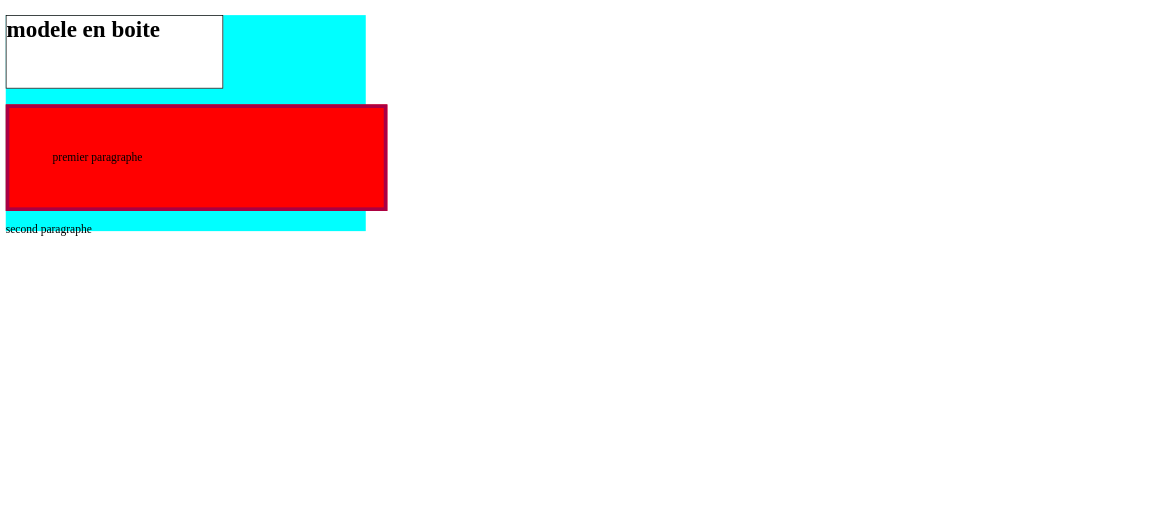
Repository: Poulpyto/fitec
Page: workspaceHtmlFlo/PremierTp_htmlCss/WebContent/erreur_model_en_boite.html
An editor plug-in stored every save of this project. The page is shown before and after the next save, followed by the edit.
The browser window is 1280 px wide. The page is 1280 px wide, then 1618 px, then 1280 px, so the pictures cover 1618 px, including what lies to the right of the window. The pictures show the whole page, at 72% of full size.

Above is the page before, as saved 2017-04-04 08:25:28.

### workspaceHtmlFlo/PremierTp_htmlCss/WebContent/erreur_model_en_boite.html
<!DOCTYPE html>
<html>
<head>
<meta charset="UTF-8">
<link rel="stylesheet" href="css/style6.css" />
<title>model en boite en erreur</title>
</head>
<body>
<div>
		<h1> modele en boite</h1>
		<p class="p1">premier paragraphe</p>
		<p class="p2">second paragraphe </p>
	</div>
</body>
</html>

### workspaceHtmlFlo/PremierTp_htmlCss/WebContent/css/style6.css
@CHARSET "UTF-8";


div{
	background-color: cyan;
	width:500px;
	height:300px;
	border: 1px solid dark;
}

h1{
	width:300px;
	height: 100px;
	background-color: white;
	border: 1px solid black;
}

.p1 {
	width:400px;
	background-color: red;
	padding: 60px;
	border: 5px solid #A04;
}

After the next save:
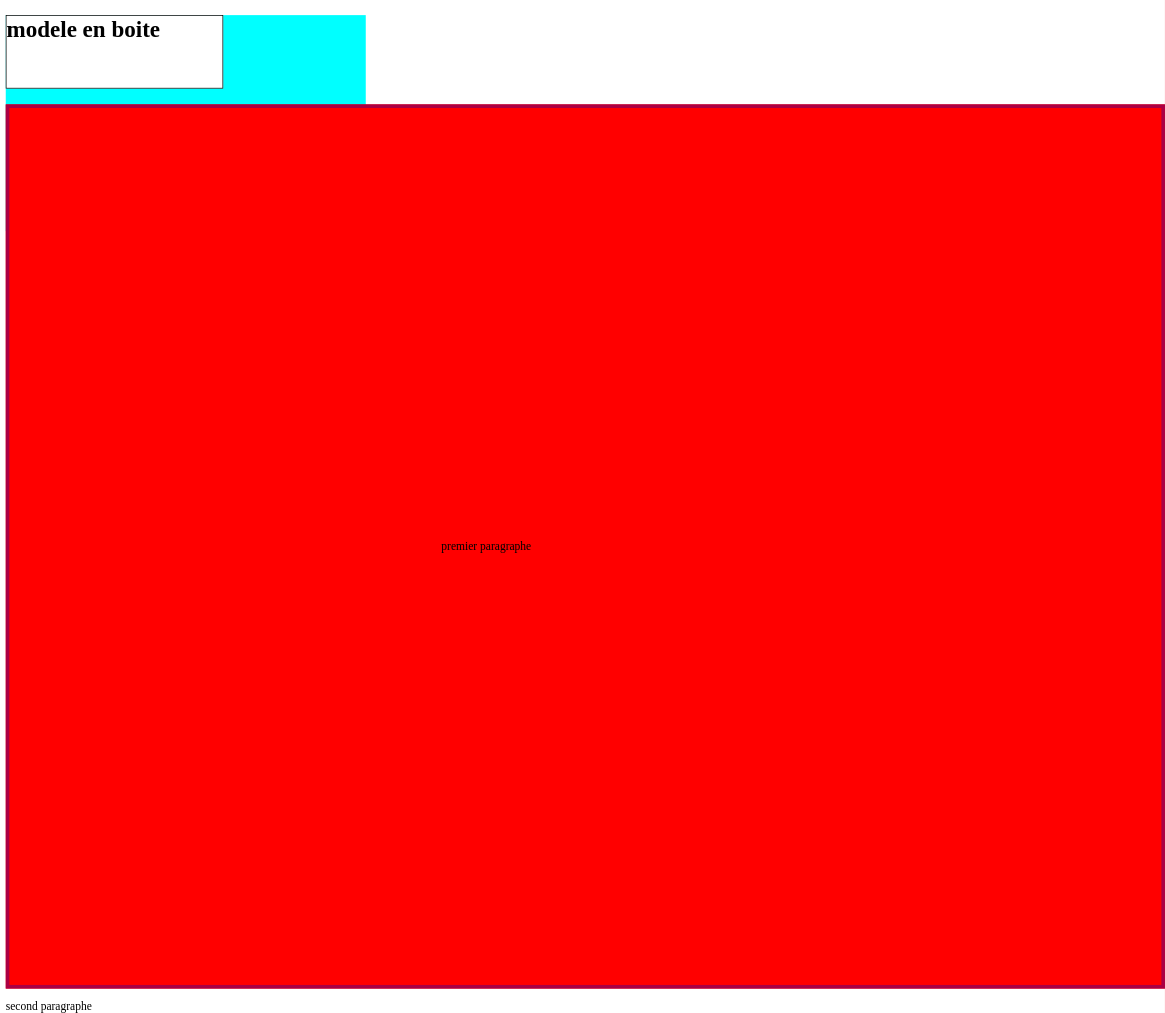
Saved 6 s later.
--- a/workspaceHtmlFlo/PremierTp_htmlCss/WebContent/css/style6.css
+++ b/workspaceHtmlFlo/PremierTp_htmlCss/WebContent/css/style6.css
@@ -18,6 +18,6 @@
 .p1 {
 	width:400px;
 	background-color: red;
-	padding: 60px;
+	padding: 600px;
 	border: 5px solid #A04;
 }

After the save that followed:
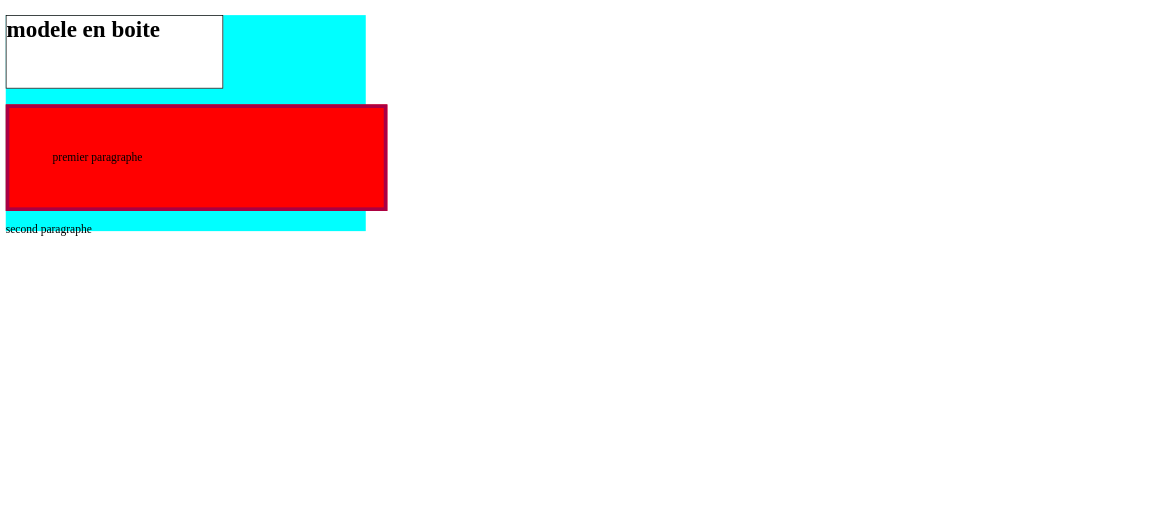
Saved 22 s later.
--- a/workspaceHtmlFlo/PremierTp_htmlCss/WebContent/css/style6.css
+++ b/workspaceHtmlFlo/PremierTp_htmlCss/WebContent/css/style6.css
@@ -18,6 +18,6 @@
 .p1 {
 	width:400px;
 	background-color: red;
-	padding: 600px;
+	padding: 60px;
 	border: 5px solid #A04;
 }
